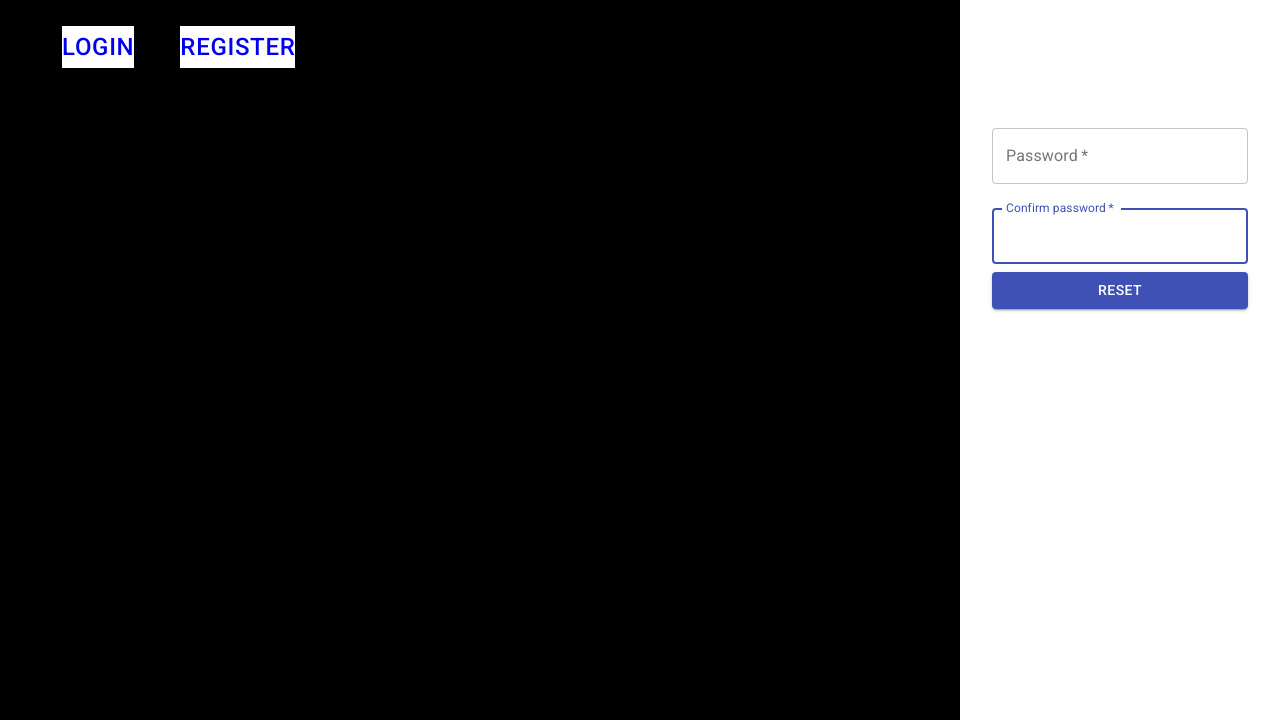
Repository: claudiuotea/FrontendAugmentator
Page: /resetpass
An editor plug-in stored every save of this project. The page is shown before and after the next save, followed by the edit.
The browser window is 1280 px wide. The pictures show the whole page.
The project was rebuilt for these pictures with package versions that can differ from the ones it lists, and the page was loaded fresh each time. Also part of the build but not shown: src/Components/Login.tsx, src/Components/Register.tsx, src/Components/ForgotPassword.tsx, src/Components/VerifyAccount.tsx.

Above is the page before, as saved 2021-05-11 20:05:25.

After the next save:
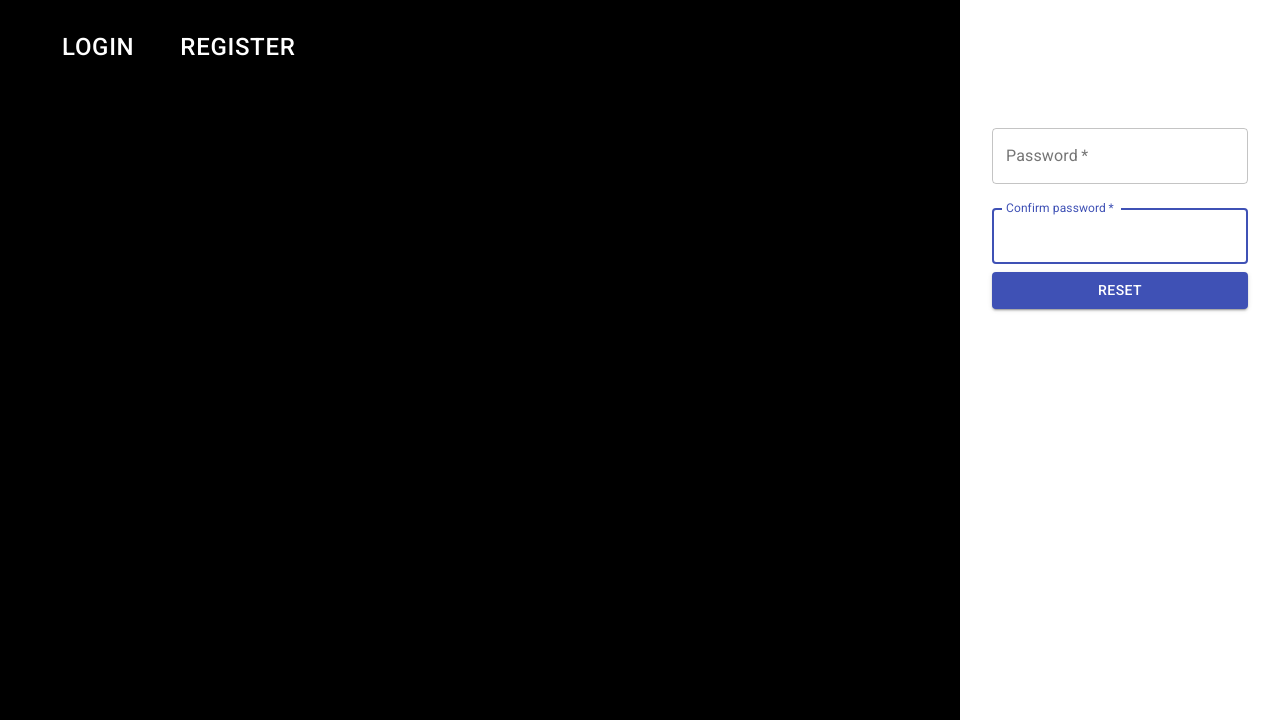
Saved 12 s later.
--- a/src/Components/NavbarNotLoggedIn.tsx
+++ b/src/Components/NavbarNotLoggedIn.tsx
@@ -28,7 +28,7 @@ const useStyles = makeStyles((theme) => ({
 
   link:{
      textDecoration:"none",
-     backgroundColor:"white"
+     color:"white"
   }
 }));
 
